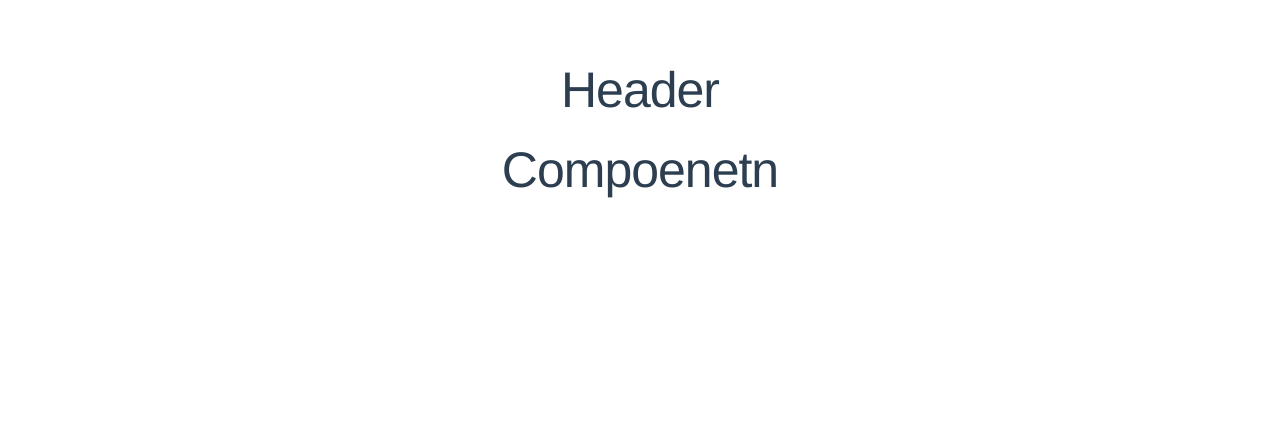
Repository: chsvk/Vue-JS-Course
Page: /
These files come from the project's save history. The page is drawn as it stood at one moment and after the next save; the edit follows.
The browser window is 1280 px wide. The pictures show the whole page.
The project was rebuilt for these pictures with package versions that can differ from the ones it lists, and the page was loaded fresh each time. Also part of the build but not shown: src/components/Footer.vue.

Above is the page before, as saved 2019-03-12 19:36:00.

After the next save:
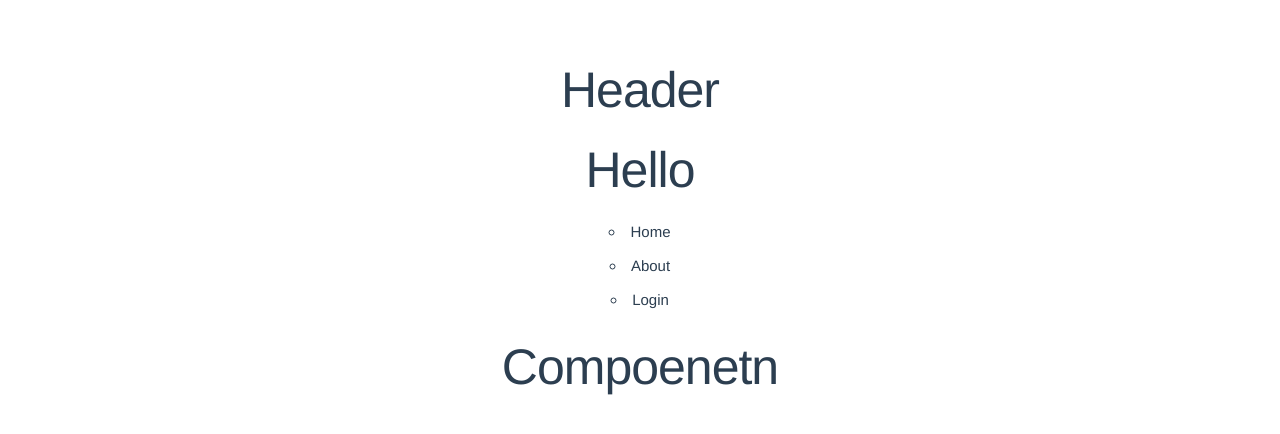
Saved 8 s later.
--- a/src/App.vue
+++ b/src/App.vue
@@ -1,7 +1,7 @@
 <template>
   <div id="app">
     <h1>Header</h1>
-    <header/>
+    <Header/>
     <footer-component/>
     <mewComponent/>
   </div>
